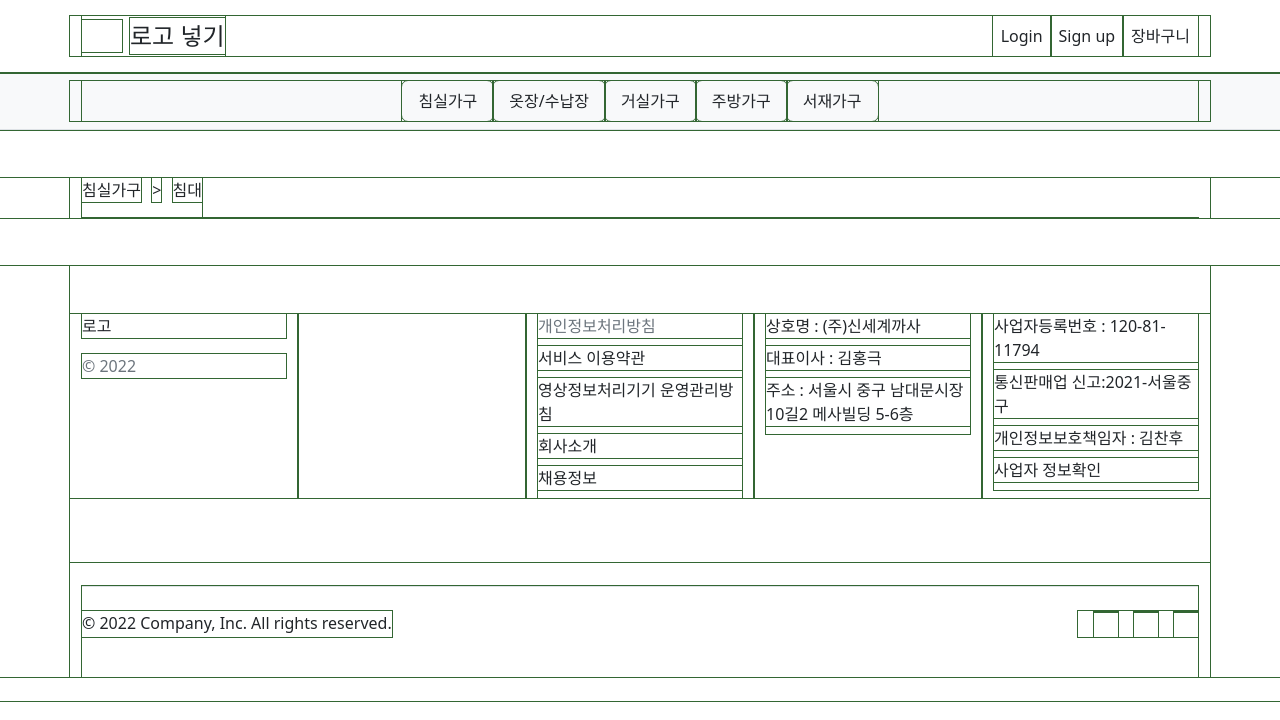
Repository: raoniee/Elice-House-Project
Page: FE/views/pages/main/item-list.html
These files come from the project's save history. The page is drawn as it stood at one moment and after the next save; the edit follows.
The browser window is 1280 px wide. The pictures show the whole page.

Above is the page before, as saved 2023-07-06 13:30:11.

### FE/views/pages/main/item-list.html
<!DOCTYPE html>
<html lang="ko">
  <head>
    <meta charset="UTF-8" />
    <meta http-equiv="X-UA-Compatible" content="IE=edge" />
    <meta name="viewport" content="width=device-width, initial-scale=1.0" />
    <title>Elice-House/item-list</title>
    <link
      href="https://cdn.jsdelivr.net/npm/bootstrap@5.2.3/dist/css/bootstrap.min.css"
      rel="stylesheet"
      integrity="sha384-rbsA2VBKQhggwzxH7pPCaAqO46MgnOM80zW1RWuH61DGLwZJEdK2Kadq2F9CUG65"
      crossorigin="anonymous"
    />
    <script
      src="../../components/header/header.js"
      type="module"
      defer
    ></script>
    <script
      src="../../components/footer/footer.js"
      type="module"
      defer
    ></script>
    <script src="./item-list.js" type="module" defer></script>
    <style>
      * {
        outline: 1px solid #363;
      }
    </style>
  </head>
  <body>
    <header class="header">
      <!-- header template로 삽입 -->
    </header>

    <main>
      <div class="container my-5">
        <div
          class="menu_bar d-flex justify-content-between"
          style="width: 120px"
        >
          <p class="menu-depth1">침실가구</p>
          <p class="arrow">></p>
          <p class="menu-depth2">침대</p>
          <!-- menu_bar template로 삽입 -->
        </div>
        <div class="item_list">
          <!-- item_list_card template로 삽입 -->
        </div>
      </div>
    </main>

    <footer class="footer">
      <!-- footer template로 삽입 -->
    </footer>

    <script
      src="https://cdn.jsdelivr.net/npm/bootstrap@5.2.3/dist/js/bootstrap.bundle.min.js"
      integrity="sha384-kenU1KFdBIe4zVF0s0G1M5b4hcpxyD9F7jL+jjXkk+Q2h455rYXK/7HAuoJl+0I4"
      crossorigin="anonymous"
    ></script>
  </body>
</html>

### FE/views/components/header/header.js
export const drawHeader = () => {
  let headerTemplate = `
  <div class="py-3 border-bottom">
      <div class="container d-flex flex-wrap justify-content-center">
        <a
          href="/"
          class="d-flex align-items-center mb-3 mb-lg-0 me-lg-auto text-dark text-decoration-none"
        >
          <svg class="bi me-2" width="40" height="32">
            <use xlink:href="#bootstrap" />
          </svg>
          <span class="fs-4">로고 넣기</span>
        </a>
        <ul class="nav">
          <li class="nav-item">
            <a href="" class="nav-link link-dark px-2">Login</a>
          </li>
          <li class="nav-item">
            <a href="" class="nav-link link-dark px-2">Sign up</a>
          </li>
          <li class="nav-item">
            <a href="" class="nav-link link-dark px-2">장바구니</a>
          </li>
        </ul>
      </div>
    </div>
    <nav class="py-2 bg-light border-bottom">
      <div class="container">
        <ul class="nav justify-content-center nav-pills">
          <li class="nav-item">
            <div class="dropdown text-end">
              <a
                href="#"
                class="d-block link-dark text-decoration-none nav-link"
                data-bs-toggle="dropdown"
                aria-expanded="false"
                >침실가구
              </a>
              <ul class="dropdown-menu text-small">
                <li><a class="dropdown-item" href="#">침대</a></li>
                <li><a class="dropdown-item" href="#">매트리스/토퍼</a></li>
                <li><a class="dropdown-item" href="#">화장대/콘솔/거울</a></li>
                <li><a class="dropdown-item" href="#">서랍장/협탁</a></li>
              </ul>
            </div>
          </li>
          <li class="nav-item">
            <div class="dropdown text-end">
              <a
                href="#"
                class="d-block link-dark text-decoration-none nav-link"
                data-bs-toggle="dropdown"
                aria-expanded="false"
                >옷장/수납장
              </a>
              <ul class="dropdown-menu text-small">
                <li><a class="dropdown-item" href="#">옷장/붙박이장</a></li>
                <li><a class="dropdown-item" href="#">드레스룸/행거</a></li>
              </ul>
            </div>
          </li>
          <li class="nav-item">
            <div class="dropdown text-end">
              <a
                href="#"
                class="d-block link-dark text-decoration-none nav-link"
                data-bs-toggle="dropdown"
                aria-expanded="false"
                >거실가구
              </a>
              <ul class="dropdown-menu text-small">
                <li><a class="dropdown-item" href="#">소파</a></li>
                <li><a class="dropdown-item" href="#">거실테이블</a></li>
                <li><a class="dropdown-item" href="#">거실장</a></li>
              </ul>
            </div>
          </li>
          <li class="nav-item">
            <div class="dropdown text-end">
              <a
                href="#"
                class="d-block link-dark text-decoration-none nav-link"
                data-bs-toggle="dropdown"
                aria-expanded="false"
                >주방가구
              </a>
              <ul class="dropdown-menu text-small">
                <li><a class="dropdown-item" href="#">식탁/테이블</a></li>
                <li><a class="dropdown-item" href="#">홈바/아일랜드식탁</a></li>
                <li><a class="dropdown-item" href="#">식탁세트</a></li>
              </ul>
            </div>
          </li>
          <li class="nav-item">
            <div class="dropdown text-end">
              <a
                href="#"
                class="d-block link-dark text-decoration-none nav-link"
                data-bs-toggle="dropdown"
                aria-expanded="false"
                >서재가구
              </a>
              <ul class="dropdown-menu text-small">
                <li><a class="dropdown-item" href="#">책상/책장/ACC</a></li>
                <li><a class="dropdown-item" href="#">서재의자</a></li>
              </ul>
            </div>
          </li>
        </ul>
      </div>
    </nav>
    `;
  // .header 부분에 header.html을 삽입
  const headerTag = document.querySelector(".header");
  headerTag.innerHTML = headerTemplate;
};

### FE/views/components/footer/footer.js
export const drawFooter = () => {
  let footerTemplate = `
        <div class="container">
      <div class="row py-5">
        <div class="col mb-3">
          <a
            href="/"
            class="d-flex align-items-center mb-3 link-dark text-decoration-none"
          >
            로고
          </a>
          <p class="text-muted">&copy; 2022</p>
        </div>

        <div class="col mb-3"></div>

        <div class="col mb-3">
          <ul class="nav flex-column">
            <li class="nav-item mb-2 text-muted">개인정보처리방침</li>
            <li class="nav-item mb-2">서비스 이용약관</li>
            <li class="nav-item mb-2">영상정보처리기기 운영관리방침</li>
            <li class="nav-item mb-2">회사소개</li>
            <li class="nav-item mb-2">채용정보</li>
          </ul>
        </div>

        <div class="col mb-3">
          <ul class="nav flex-column">
            <li class="nav-item mb-2">상호명 : (주)신세계까사</li>
            <li class="nav-item mb-2">대표이사 : 김홍극</li>
            <li class="nav-item mb-2">
              주소 : 서울시 중구 남대문시장10길2 메사빌딩 5-6층
            </li>
          </ul>
        </div>

        <div class="col mb-3">
          <ul class="nav flex-column">
            <li class="nav-item mb-2">사업자등록번호 : 120-81-11794</li>
            <li class="nav-item mb-2">통신판매업 신고:2021-서울중구</li>
            <li class="nav-item mb-2">개인정보보호책임자 : 김찬후</li>
            <li class="nav-item mb-2">사업자 정보확인</li>
          </ul>
        </div>
      </div>
      <div
        class="d-flex flex-column flex-sm-row justify-content-between py-4 my-4 border-top"
      >
        <p>&copy; 2022 Company, Inc. All rights reserved.</p>
        <ul class="list-unstyled d-flex">
          <li class="ms-3">
            <a class="link-dark" href="#"
              ><svg class="bi" width="24" height="24">
                <use xlink:href="#twitter" /></svg
            ></a>
          </li>
          <li class="ms-3">
            <a class="link-dark" href="#"
              ><svg class="bi" width="24" height="24">
                <use xlink:href="#instagram" /></svg
            ></a>
          </li>
          <li class="ms-3">
            <a class="link-dark" href="#"
              ><svg class="bi" width="24" height="24">
                <use xlink:href="#facebook" /></svg
            ></a>
          </li>
        </ul>
      </div>
    </div>
    `;
  // .footer 부분에 footer.html을 삽입
  const footerTag = document.querySelector(".footer");
  footerTag.innerHTML = footerTemplate;
};

### FE/views/pages/main/item-list.js
import { drawHeader } from "../../components/header/header.js";
import { drawFooter } from "../../components/footer/footer.js";

// Header, Footer 템플릿 삽입
drawHeader();
drawFooter();

After the next save:
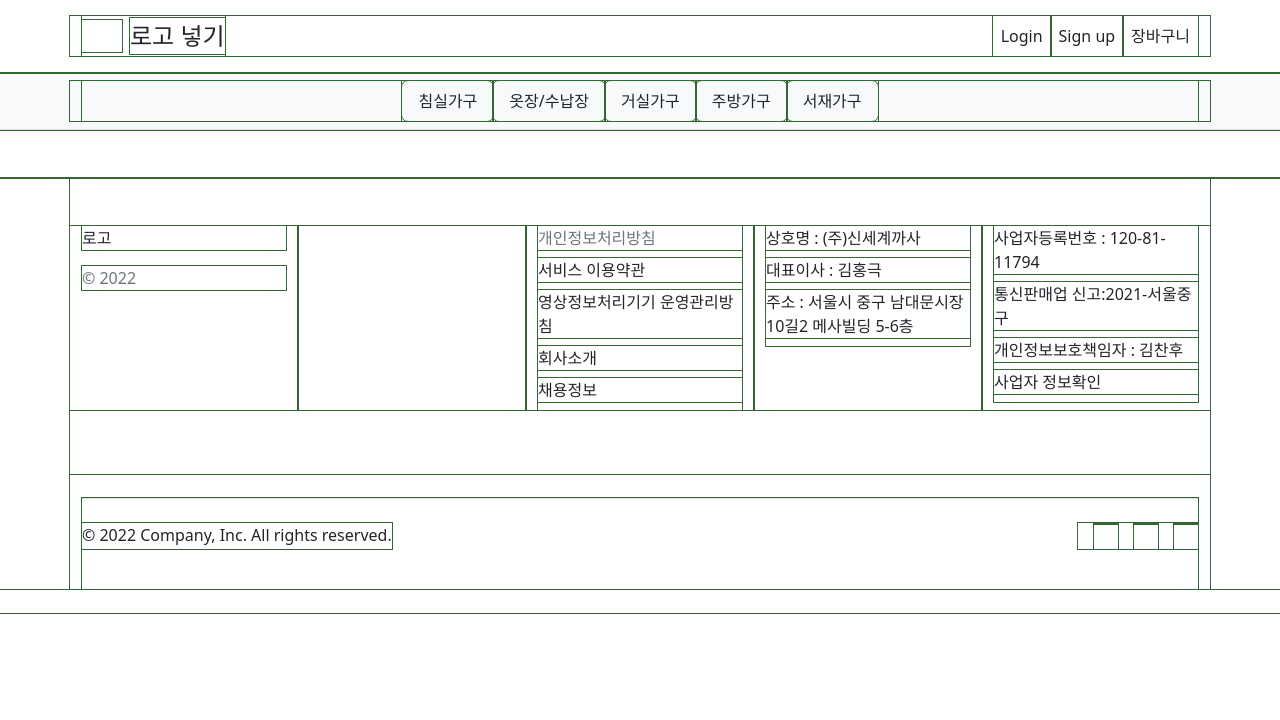
Saved 15 s later.
--- a/FE/views/pages/main/item-list.html
+++ b/FE/views/pages/main/item-list.html
@@ -35,15 +35,8 @@
 
     <main>
       <div class="container my-5">
-        <div
-          class="menu_bar d-flex justify-content-between"
-          style="width: 120px"
-        >
-          <p class="menu-depth1">침실가구</p>
-          <p class="arrow">></p>
-          <p class="menu-depth2">침대</p>
-          <!-- menu_bar template로 삽입 -->
-        </div>
+        <!-- menu_bar template로 삽입 -->
+
         <div class="item_list">
           <!-- item_list_card template로 삽입 -->
         </div>
